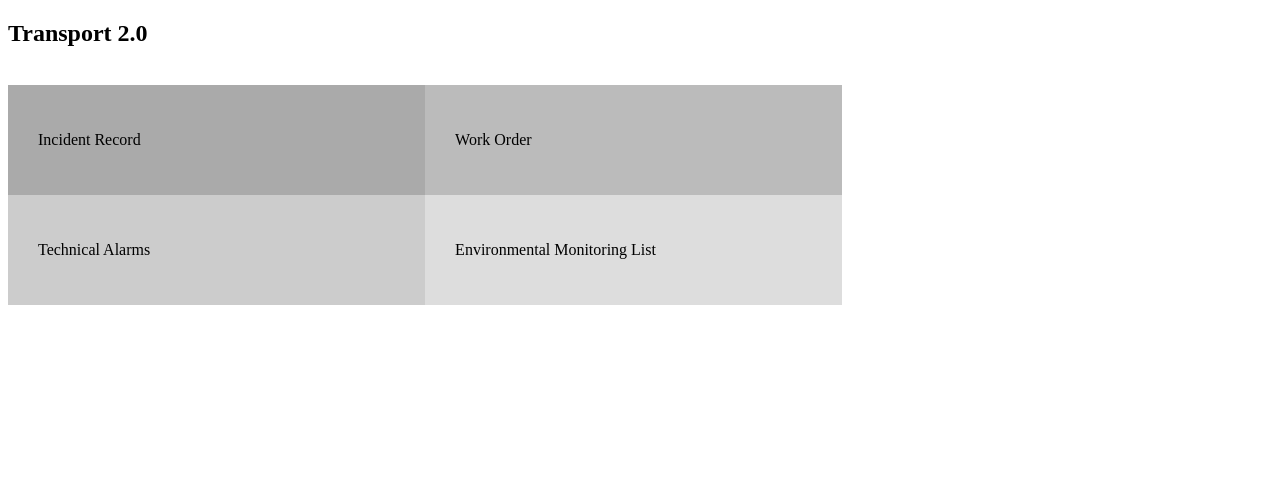
Repository: manjuladevadoss/DemoProject
Page: Eclipseworkspace/DemoPro/html/CCDisplay.html
The author's editor kept a copy of each file at every save. The page is drawn from the files as they stood at one save, then again after the next save.
The browser window is 1280 px wide. The pictures show the whole page.

Above is the page before, as saved 2019-02-19 08:56:34.

### Eclipseworkspace/DemoPro/html/CCDisplay.html
<!DOCTYPE html>
<html>
<head>
<link rel="stylesheet" href="https://cdnjs.cloudflare.com/ajax/libs/font-awesome/4.7.0/css/font-awesome.min.css">
<style>
* {
  box-sizing: border-box;
}

/* Create two equal columns that floats next to each other */
.column {
  float: left;
  width: 33%;
  padding: 30px;
}

/* Clear floats after the columns */
.row:after {
  content: "";
  display: table;
  clear: both;
}
/* Style the buttons */
.btn {
  border: none;
  outline: none;
  padding: 12px 16px;
  background-color: #f1f1f1;
  cursor: pointer;
}

.btn:hover {
  background-color: #ddd;
}

.btn.active {
  background-color: #666;
  color: white;
}
</style>
</head>
<body>

<h2>Transport 2.0</h2>

<br>

<div class="row">
  <div class="column" style="background-color:#aaa;">
  <p>Incident Record</p>
  </div>
  <div class="column" style="background-color:#bbb;">
  <p>Work Order</p>
  </div>
</div>

<div class="row">
  <div class="column" style="background-color:#ccc;">
    <p>Technical Alarms</p>
  </div>
  <div class="column" style="background-color:#ddd;">
    <p>Environmental Monitoring List</p>
  </div>

</div>





</body>
</html>

After the next save:
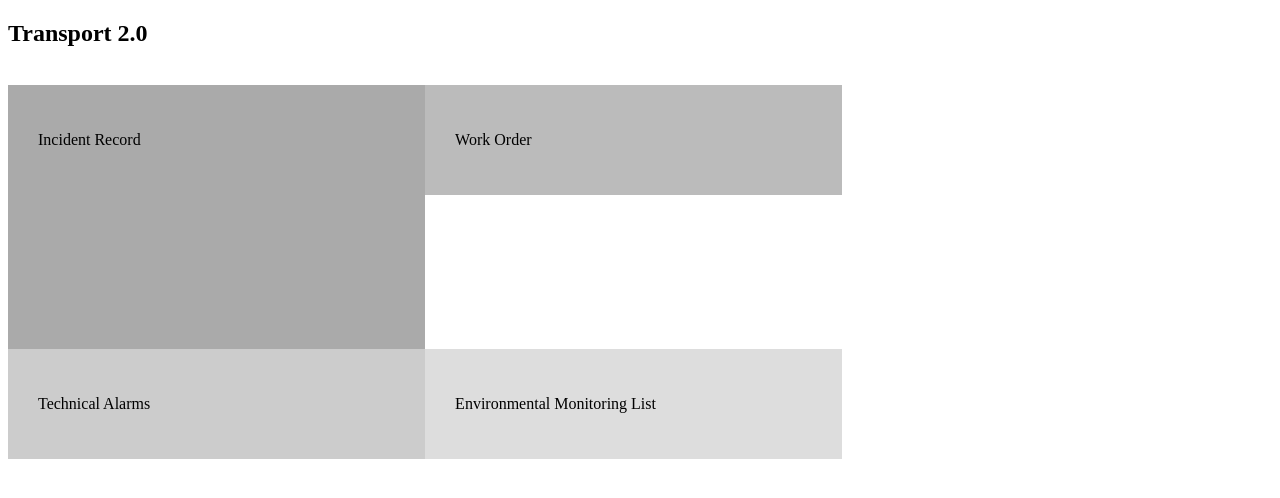
Saved 2 min 53 s later.
--- a/Eclipseworkspace/DemoPro/html/CCDisplay.html
+++ b/Eclipseworkspace/DemoPro/html/CCDisplay.html
@@ -48,6 +48,7 @@
 <div class="row">
   <div class="column" style="background-color:#aaa;">
   <p>Incident Record</p>
+  <embed type="text/html" src="C:/Users/mdevadoss/workspace/DemoPro/html/incidentDisplayTbl.html">
   </div>
   <div class="column" style="background-color:#bbb;">
   <p>Work Order</p>
